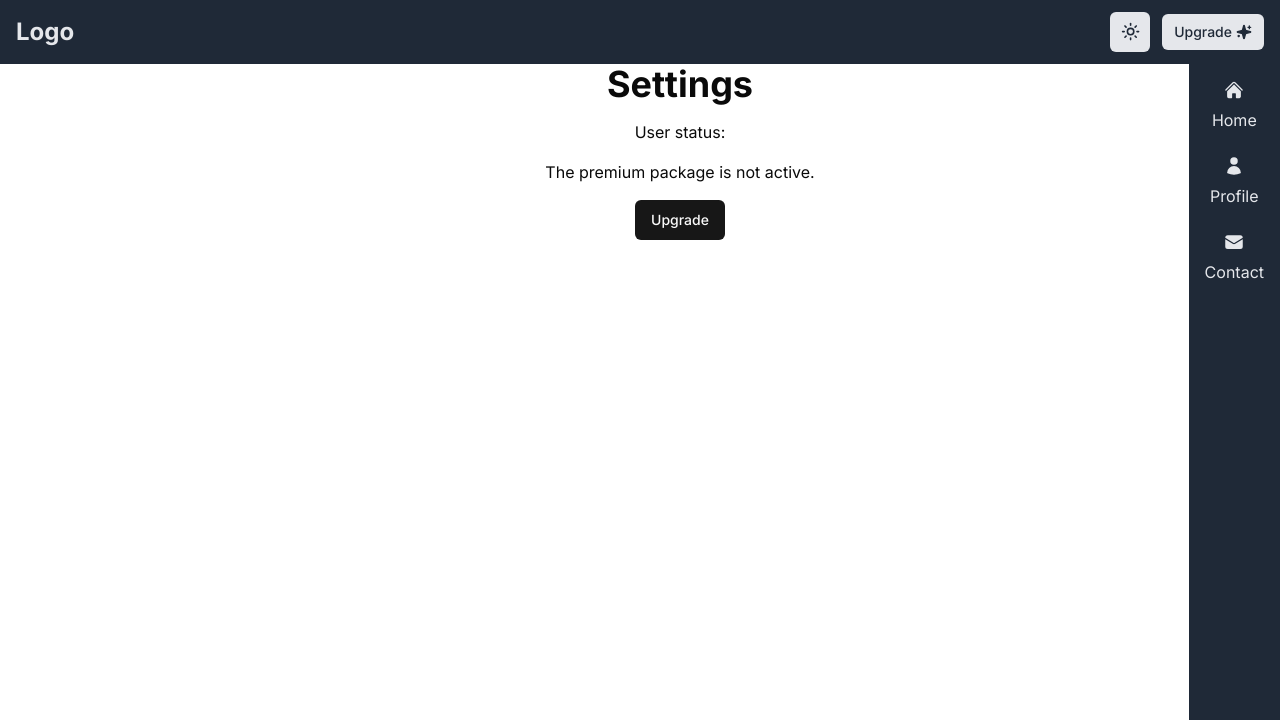
Repository: michalmilek/AI-companion-bot
Page: /settings
These files come from the project's save history. The page is drawn as it stood at one moment and after the next save; the edit follows.
The browser window is 1280 px wide. The pictures show the whole page.
The page's requests for data from a server got no answer. The project was rebuilt for these pictures with package versions that can differ from the ones it lists, and the page was loaded fresh each time. Some packages were replaced by stand-ins written for this rebuild. The framework's server and built-in components were replaced by stand-ins that run in the browser. No one was signed in, and anything a server would have sent is missing. Also part of the build but not shown: next.config.js. Imported but missing from the stored project, and not drawn on this page: lib/prismadb.

Above is the page before, as saved 2023-10-10 15:40:20.

### app/layout.tsx
import { ClerkProvider } from "@clerk/nextjs";
import "./globals.css";
import type { Metadata } from "next";
import { Inter } from "next/font/google";
import { ThemeProvider } from "@/components/theme-provider";

const inter = Inter({ subsets: ["latin"] });

export const metadata: Metadata = {
  title: "Create Next App",
  description: "Generated by create next app",
};

export default function RootLayout({
  children,
}: {
  children: React.ReactNode;
}) {
  return (
    <ClerkProvider>
      <html lang="en">
        <body className={inter.className}>
          <ThemeProvider
            attribute="class"
            defaultTheme="light"
            enableSystem
            disableTransitionOnChange>
            {children}
          </ThemeProvider>
        </body>
      </html>
    </ClerkProvider>
  );
}

### app/(root)/layout.tsx
import MobileSidebar from "@/components/MobileSidebar";
import Navbar from "@/components/Navbar";
import React from "react";

const RootLayout = ({ children }: { children: React.ReactNode }) => {
  return (
    <div className="h-screen">
      <Navbar />
      <MobileSidebar />
      <main className="md:pl-20 pt-16 h-full">{children}</main>
    </div>
  );
};

export default RootLayout;

### app/(root)/(routes)/settings/page.tsx
import { checkSubscription } from "@/lib/subscription";
import React from "react";
import SubscriptionPanel from "./companion/SubscriptionPanel";

const page = async () => {
  const isPro = await checkSubscription();
  return (
    <div>
      <SubscriptionPanel isPro={isPro} />
    </div>
  );
};

export default page;

### app/globals.css
@tailwind base;
@tailwind components;
@tailwind utilities;

@layer base {
  :root {
    --background: 0 0% 100%;
    --foreground: 0 0% 3.9%;

    --card: 0 0% 100%;
    --card-foreground: 0 0% 3.9%;

    --popover: 0 0% 100%;
    --popover-foreground: 0 0% 3.9%;

    --primary: 0 0% 9%;
    --primary-foreground: 0 0% 98%;

    --secondary: 0 0% 96.1%;
    --secondary-foreground: 0 0% 9%;

    --muted: 0 0% 96.1%;
    --muted-foreground: 0 0% 45.1%;

    --accent: 0 0% 96.1%;
    --accent-foreground: 0 0% 9%;

    --destructive: 0 84.2% 60.2%;
    --destructive-foreground: 0 0% 98%;

    --border: 0 0% 89.8%;
    --input: 0 0% 89.8%;
    --ring: 0 0% 3.9%;

    --radius: 0.5rem;
  }

  .dark {
    --background: 0 0% 3.9%;
    --foreground: 0 0% 98%;

    --card: 0 0% 3.9%;
    --card-foreground: 0 0% 98%;

    --popover: 0 0% 3.9%;
    --popover-foreground: 0 0% 98%;

    --primary: 0 0% 98%;
    --primary-foreground: 0 0% 9%;

    --secondary: 0 0% 14.9%;
    --secondary-foreground: 0 0% 98%;

    --muted: 0 0% 14.9%;
    --muted-foreground: 0 0% 63.9%;

    --accent: 0 0% 14.9%;
    --accent-foreground: 0 0% 98%;

    --destructive: 0 62.8% 30.6%;
    --destructive-foreground: 0 0% 98%;

    --border: 0 0% 14.9%;
    --input: 0 0% 14.9%;
    --ring: 0 0% 83.1%;
  }
}

@layer base {
  * {
    @apply border-border;
  }
  body {
    @apply bg-background text-foreground;
  }
}

*{
  box-sizing: border-box;
  padding: 0;
  margin: 0;
}

### components/MobileSidebar.tsx
"use client";

import React, { useState } from "react";
import { AnimatePresence, motion } from "framer-motion";
import { useTheme } from "next-themes";
import clsx from "clsx";
import { Theme, getThemeBackground } from "@/app/utils/helpers";
import { Button } from "./ui/button";
import {
  XMarkIcon,
  HomeIcon,
  UserIcon,
  EnvelopeIcon,
} from "@heroicons/react/24/solid";
import Link from "next/link";

const MobileSidebar = () => {
  const { theme } = useTheme();
  console.log("🚀 ~ theme:", theme);
  const [isOpen, setIsOpen] = useState(false);

  const toggleMenu = () => {
    setIsOpen(!isOpen);
  };

  return (
    <motion.aside
      key={"mobileSidebar"}
      className={`h-full py-2 fixed bottom-0 top-16 right-0 ${getThemeBackground(
        theme as Theme
      )}`}
      initial={{ x: "100%" }}
      animate={{ x: 0 }}
      transition={{ type: "tween", duration: 0.3 }}>
      <ul className="flex flex-col gap-2">
        <li>
          <Link
            className="flex flex-col items-center gap-2 py-2 hover:bg-gray-700"
            href="/">
            <HomeIcon className="h-5 w-5" />
            <span>Home</span>
          </Link>
        </li>
        <li>
          <Link
            className="flex flex-col items-center gap-2 py-2 px-4 hover:bg-gray-700"
            href="/profile">
            <UserIcon className="h-5 w-5" />
            <span>Profile</span>
          </Link>
        </li>
        <li>
          <Link
            className="flex flex-col items-center gap-2 py-2 px-4 hover:bg-gray-700"
            href="/contact">
            <EnvelopeIcon className="h-5 w-5" />
            <span>Contact</span>
          </Link>
        </li>
      </ul>
    </motion.aside>
  );
};
export default MobileSidebar;

### components/Navbar.tsx
"use client";

import React, { useEffect, useState } from "react";
import { UserButton } from "@clerk/nextjs";
import { Button } from "./ui/button";
import { Sparkles } from "lucide-react";
import { ThemeToggle } from "./theme-toggle";
import { useTheme } from "next-themes";
import clsx from "clsx";
import { Theme, getThemeBackground, getThemeColor } from "@/app/utils/helpers";

const Navbar = () => {
  const { theme } = useTheme();

  return (
    <nav
      className={`${getThemeBackground(
        theme as Theme
      )} h-16 flex justify-between items-center px-4 fixed top-0 left-0 right-0 z-50 border-b-gray-400`}>
      <a
        href="#"
        className="text-2xl font-bold">
        Logo
      </a>
      <div className="flex items-center gap-3">
        <ThemeToggle />
        <Button
          size="sm"
          variant={getThemeColor(theme as Theme)}>
          Upgrade
          <Sparkles className="text-gray-800 fill-gray-800 h-4 w-4" />
        </Button>

        <UserButton />
      </div>
    </nav>
  );
};

export default Navbar;

### lib/subscription.ts
import { auth } from "@clerk/nextjs";

import prismadb from "@/lib/prismadb";

const DAY_IN_MS = 86_400_000;

export const checkSubscription = async () => {
  const { userId } = auth();

  if (!userId) {
    return false;
  }

  const userSubscription = await prismadb.userSubscription.findUnique({
    where: {
      userId,
    },
    select: {
      stripeCurrentPeriodEnd: true,
      stripeCustomerId: true,
      stripePriceId: true,
      stripeSubscriptionId: true,
    },
  });

  if (!userSubscription) {
    return false;
  }

  const isValid =
    userSubscription.stripePriceId &&
    userSubscription.stripeCurrentPeriodEnd?.getTime()! + DAY_IN_MS >
      Date.now();

  return !!isValid;
};

### app/(root)/(routes)/settings/companion/SubscriptionPanel.tsx
"use client";

import { Button } from "@/components/ui/button";
import axios from "axios";
import React from "react";

const SubscriptionPanel = ({ isPro }: { isPro: boolean }) => {
  const onSubscribe = async () => {
    try {
      const response = await axios.get("/api/stripe");

      window.location.href = response.data.url;
    } catch (error) {
      console.log("onSubscribe error", error);
    }
  };

  return (
    <div className="flex flex-col gap-4 items-center justify-center">
      <h1 className="text-4xl font-bold">Settings</h1>
      <h2>User status:</h2>
      <p>
        {isPro
          ? "The premium package is active."
          : "The premium package is not active."}
      </p>
      <Button onClick={onSubscribe}>
        {isPro ? "Edit your subscription" : "Upgrade"}
      </Button>
    </div>
  );
};

export default SubscriptionPanel;

### app/utils/helpers.ts
import clsx from "clsx";

export type Theme = "dark" | "system" | "light";

export function getThemeColor(theme: Theme) {
  if (theme === "dark" || theme === "system") {
    return "dark";
  } else {
    return "gray";
  }
}

export const getThemeBackground = (theme: Theme) => {
  return clsx(
    (theme === "dark" || theme === "system") && "bg-gray-200 text-gray-800",
    theme === "light" && "bg-gray-800 text-gray-200"
  );
};

### components/ui/button.tsx
import * as React from "react";
import { Slot } from "@radix-ui/react-slot";
import { cva, type VariantProps } from "class-variance-authority";

import { cn } from "@/lib/utils";

const buttonVariants = cva(
  "inline-flex items-center justify-center rounded-md text-sm font-medium ring-offset-background transition-colors focus-visible:outline-none focus-visible:ring-2 focus-visible:ring-ring focus-visible:ring-offset-2 disabled:pointer-events-none disabled:opacity-50",
  {
    variants: {
      variant: {
        default: "bg-primary text-primary-foreground hover:bg-primary/90",
        destructive:
          "bg-destructive text-destructive-foreground hover:bg-destructive/90",
        outline:
          "border border-input bg-background hover:bg-accent hover:text-accent-foreground",
        secondary:
          "bg-secondary text-secondary-foreground hover:bg-secondary/80",
        ghost: "hover:bg-accent hover:text-accent-foreground",
        link: "text-primary underline-offset-4 hover:underline",
        gray: "bg-gray-200 text-gray-800 flex items-center gap-1 hover:bg-gray-300 transition-all",
        dark: "bg-gray-800 text-gray-200 flex items-center gap-1 hover:bg-gray-600 transition-all",
      },
      size: {
        default: "h-10 px-4 py-2",
        sm: "h-9 rounded-md px-3",
        lg: "h-11 rounded-md px-8",
        icon: "h-10 w-10",
      },
    },
    defaultVariants: {
      variant: "default",
      size: "default",
    },
  }
);

export interface ButtonProps
  extends React.ButtonHTMLAttributes<HTMLButtonElement>,
    VariantProps<typeof buttonVariants> {
  asChild?: boolean;
}

const Button = React.forwardRef<HTMLButtonElement, ButtonProps>(
  ({ className, variant, size, asChild = false, ...props }, ref) => {
    const Comp = asChild ? Slot : "button";
    return (
      <Comp
        className={cn(buttonVariants({ variant, size, className }))}
        ref={ref}
        {...props}
      />
    );
  }
);
Button.displayName = "Button";

export { Button, buttonVariants };

### components/theme-toggle.tsx
"use client";

import * as React from "react";
import { Moon, Sun } from "lucide-react";
import { useTheme } from "next-themes";

import { Button } from "@/components/ui/button";
import {
  DropdownMenu,
  DropdownMenuContent,
  DropdownMenuItem,
  DropdownMenuTrigger,
} from "@/components/ui/dropdown-menu";
import { Theme, getThemeColor } from "@/app/utils/helpers";

export function ThemeToggle() {
  const { theme, setTheme } = useTheme();

  return (
    <DropdownMenu>
      <DropdownMenuTrigger asChild>
        <Button
          variant={getThemeColor(theme as Theme)}
          size="icon">
          <Sun className="h-[1.2rem] w-[1.2rem] rotate-0 scale-100 transition-all dark:-rotate-90 dark:scale-0" />
          <Moon className="absolute h-[1.2rem] w-[1.2rem] rotate-90 scale-0 transition-all dark:rotate-0 dark:scale-100" />
          <span className="sr-only">Toggle theme</span>
        </Button>
      </DropdownMenuTrigger>
      <DropdownMenuContent align="end">
        <DropdownMenuItem onClick={() => setTheme("light")}>
          Light
        </DropdownMenuItem>
        <DropdownMenuItem onClick={() => setTheme("dark")}>
          Dark
        </DropdownMenuItem>
        <DropdownMenuItem onClick={() => setTheme("system")}>
          System
        </DropdownMenuItem>
      </DropdownMenuContent>
    </DropdownMenu>
  );
}

### components/ui/dropdown-menu.tsx
"use client"

import * as React from "react"
import * as DropdownMenuPrimitive from "@radix-ui/react-dropdown-menu"
import { Check, ChevronRight, Circle } from "lucide-react"

import { cn } from "@/lib/utils"

const DropdownMenu = DropdownMenuPrimitive.Root

const DropdownMenuTrigger = DropdownMenuPrimitive.Trigger

const DropdownMenuGroup = DropdownMenuPrimitive.Group

const DropdownMenuPortal = DropdownMenuPrimitive.Portal

const DropdownMenuSub = DropdownMenuPrimitive.Sub

const DropdownMenuRadioGroup = DropdownMenuPrimitive.RadioGroup

const DropdownMenuSubTrigger = React.forwardRef<
  React.ElementRef<typeof DropdownMenuPrimitive.SubTrigger>,
  React.ComponentPropsWithoutRef<typeof DropdownMenuPrimitive.SubTrigger> & {
    inset?: boolean
  }
>(({ className, inset, children, ...props }, ref) => (
  <DropdownMenuPrimitive.SubTrigger
    ref={ref}
    className={cn(
      "flex cursor-default select-none items-center rounded-sm px-2 py-1.5 text-sm outline-none focus:bg-accent data-[state=open]:bg-accent",
      inset && "pl-8",
      className
    )}
    {...props}
  >
    {children}
    <ChevronRight className="ml-auto h-4 w-4" />
  </DropdownMenuPrimitive.SubTrigger>
))
DropdownMenuSubTrigger.displayName =
  DropdownMenuPrimitive.SubTrigger.displayName

const DropdownMenuSubContent = React.forwardRef<
  React.ElementRef<typeof DropdownMenuPrimitive.SubContent>,
  React.ComponentPropsWithoutRef<typeof DropdownMenuPrimitive.SubContent>
>(({ className, ...props }, ref) => (
  <DropdownMenuPrimitive.SubContent
    ref={ref}
    className={cn(
      "z-50 min-w-[8rem] overflow-hidden rounded-md border bg-popover p-1 text-popover-foreground shadow-lg data-[state=open]:animate-in data-[state=closed]:animate-out data-[state=closed]:fade-out-0 data-[state=open]:fade-in-0 data-[state=closed]:zoom-out-95 data-[state=open]:zoom-in-95 data-[side=bottom]:slide-in-from-top-2 data-[side=left]:slide-in-from-right-2 data-[side=right]:slide-in-from-left-2 data-[side=top]:slide-in-from-bottom-2",
      className
    )}
    {...props}
  />
))
DropdownMenuSubContent.displayName =
  DropdownMenuPrimitive.SubContent.displayName

const DropdownMenuContent = React.forwardRef<
  React.ElementRef<typeof DropdownMenuPrimitive.Content>,
  React.ComponentPropsWithoutRef<typeof DropdownMenuPrimitive.Content>
>(({ className, sideOffset = 4, ...props }, ref) => (
  <DropdownMenuPrimitive.Portal>
    <DropdownMenuPrimitive.Content
      ref={ref}
      sideOffset={sideOffset}
      className={cn(
        "z-50 min-w-[8rem] overflow-hidden rounded-md border bg-popover p-1 text-popover-foreground shadow-md data-[state=open]:animate-in data-[state=closed]:animate-out data-[state=closed]:fade-out-0 data-[state=open]:fade-in-0 data-[state=closed]:zoom-out-95 data-[state=open]:zoom-in-95 data-[side=bottom]:slide-in-from-top-2 data-[side=left]:slide-in-from-right-2 data-[side=right]:slide-in-from-left-2 data-[side=top]:slide-in-from-bottom-2",
        className
      )}
      {...props}
    />
  </DropdownMenuPrimitive.Portal>
))
DropdownMenuContent.displayName = DropdownMenuPrimitive.Content.displayName

const DropdownMenuItem = React.forwardRef<
  React.ElementRef<typeof DropdownMenuPrimitive.Item>,
  React.ComponentPropsWithoutRef<typeof DropdownMenuPrimitive.Item> & {
    inset?: boolean
  }
>(({ className, inset, ...props }, ref) => (
  <DropdownMenuPrimitive.Item
    ref={ref}
    className={cn(
      "relative flex cursor-default select-none items-center rounded-sm px-2 py-1.5 text-sm outline-none transition-colors focus:bg-accent focus:text-accent-foreground data-[disabled]:pointer-events-none data-[disabled]:opacity-50",
      inset && "pl-8",
      className
    )}
    {...props}
  />
))
DropdownMenuItem.displayName = DropdownMenuPrimitive.Item.displayName

const DropdownMenuCheckboxItem = React.forwardRef<
  React.ElementRef<typeof DropdownMenuPrimitive.CheckboxItem>,
  React.ComponentPropsWithoutRef<typeof DropdownMenuPrimitive.CheckboxItem>
>(({ className, children, checked, ...props }, ref) => (
  <DropdownMenuPrimitive.CheckboxItem
    ref={ref}
    className={cn(
      "relative flex cursor-default select-none items-center rounded-sm py-1.5 pl-8 pr-2 text-sm outline-none transition-colors focus:bg-accent focus:text-accent-foreground data-[disabled]:pointer-events-none data-[disabled]:opacity-50",
      className
    )}
    checked={checked}
    {...props}
  >
    <span className="absolute left-2 flex h-3.5 w-3.5 items-center justify-center">
      <DropdownMenuPrimitive.ItemIndicator>
        <Check className="h-4 w-4" />
      </DropdownMenuPrimitive.ItemIndicator>
    </span>
    {children}
  </DropdownMenuPrimitive.CheckboxItem>
))
DropdownMenuCheckboxItem.displayName =
  DropdownMenuPrimitive.CheckboxItem.displayName

const DropdownMenuRadioItem = React.forwardRef<
  React.ElementRef<typeof DropdownMenuPrimitive.RadioItem>,
  React.ComponentPropsWithoutRef<typeof DropdownMenuPrimitive.RadioItem>
>(({ className, children, ...props }, ref) => (
  <DropdownMenuPrimitive.RadioItem
    ref={ref}
    className={cn(
      "relative flex cursor-default select-none items-center rounded-sm py-1.5 pl-8 pr-2 text-sm outline-none transition-colors focus:bg-accent focus:text-accent-foreground data-[disabled]:pointer-events-none data-[disabled]:opacity-50",
      className
    )}
    {...props}
  >
    <span className="absolute left-2 flex h-3.5 w-3.5 items-center justify-center">
      <DropdownMenuPrimitive.ItemIndicator>
        <Circle className="h-2 w-2 fill-current" />
      </DropdownMenuPrimitive.ItemIndicator>
    </span>
    {children}
  </DropdownMenuPrimitive.RadioItem>
))
DropdownMenuRadioItem.displayName = DropdownMenuPrimitive.RadioItem.displayName

const DropdownMenuLabel = React.forwardRef<
  React.ElementRef<typeof DropdownMenuPrimitive.Label>,
  React.ComponentPropsWithoutRef<typeof DropdownMenuPrimitive.Label> & {
    inset?: boolean
  }
>(({ className, inset, ...props }, ref) => (
  <DropdownMenuPrimitive.Label
    ref={ref}
    className={cn(
      "px-2 py-1.5 text-sm font-semibold",
      inset && "pl-8",
      className
    )}
    {...props}
  />
))
DropdownMenuLabel.displayName = DropdownMenuPrimitive.Label.displayName

const DropdownMenuSeparator = React.forwardRef<
  React.ElementRef<typeof DropdownMenuPrimitive.Separator>,
  React.ComponentPropsWithoutRef<typeof DropdownMenuPrimitive.Separator>
>(({ className, ...props }, ref) => (
  <DropdownMenuPrimitive.Separator
    ref={ref}
    className={cn("-mx-1 my-1 h-px bg-muted", className)}
    {...props}
  />
))
DropdownMenuSeparator.displayName = DropdownMenuPrimitive.Separator.displayName

const DropdownMenuShortcut = ({
  className,
  ...props
}: React.HTMLAttributes<HTMLSpanElement>) => {
  return (
    <span
      className={cn("ml-auto text-xs tracking-widest opacity-60", className)}
      {...props}
    />
  )
}
DropdownMenuShortcut.displayName = "DropdownMenuShortcut"

export {
  DropdownMenu,
  DropdownMenuTrigger,
  DropdownMenuContent,
  DropdownMenuItem,
  DropdownMenuCheckboxItem,
  DropdownMenuRadioItem,
  DropdownMenuLabel,
  DropdownMenuSeparator,
  DropdownMenuShortcut,
  DropdownMenuGroup,
  DropdownMenuPortal,
  DropdownMenuSub,
  DropdownMenuSubContent,
  DropdownMenuSubTrigger,
  DropdownMenuRadioGroup,
}

Loaded but not shown: components/theme-provider.tsx (common file); lib/utils.ts (common file); tailwind.config.js (common file)

After the next save:
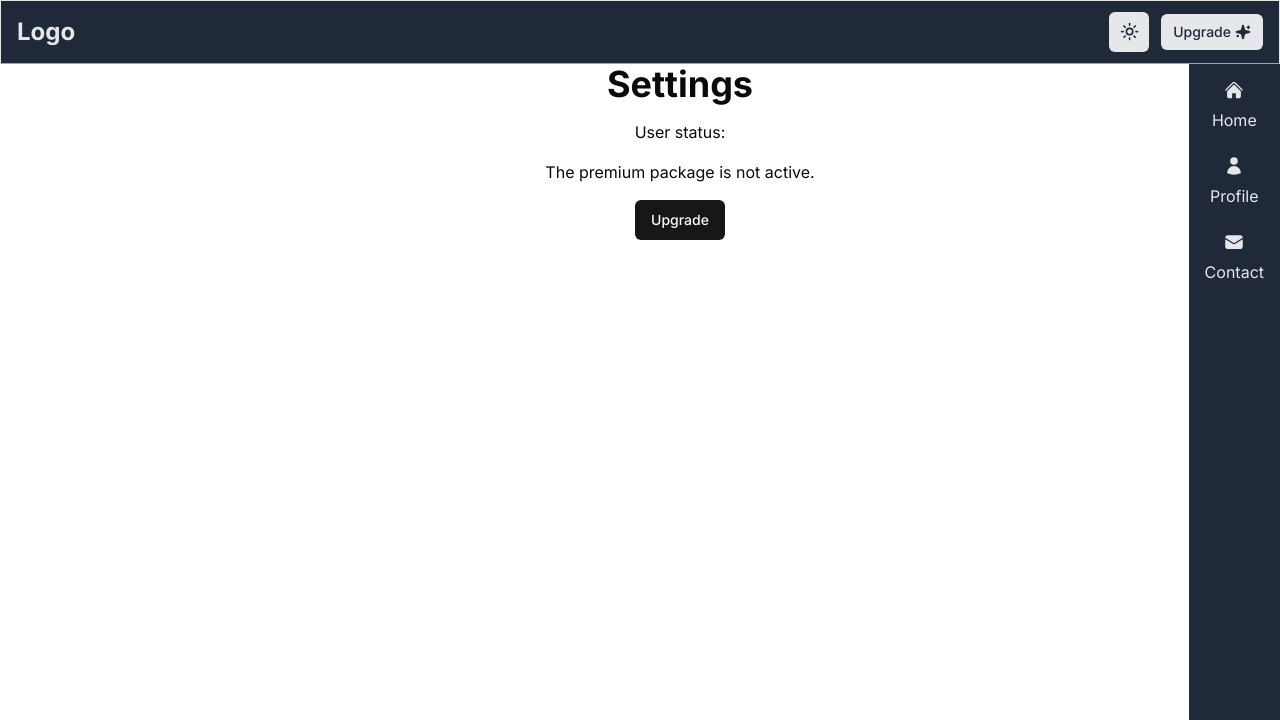
Saved 5 s later.
--- a/components/Navbar.tsx
+++ b/components/Navbar.tsx
@@ -16,7 +16,7 @@ const Navbar = () => {
     <nav
       className={`${getThemeBackground(
         theme as Theme
-      )} h-16 flex justify-between items-center px-4 fixed top-0 left-0 right-0 z-50 border-b-gray-400`}>
+      )} h-16 flex justify-between items-center px-4 fixed top-0 left-0 right-0 z-50 border-b-gray-400 border`}>
       <a
         href="#"
         className="text-2xl font-bold">
